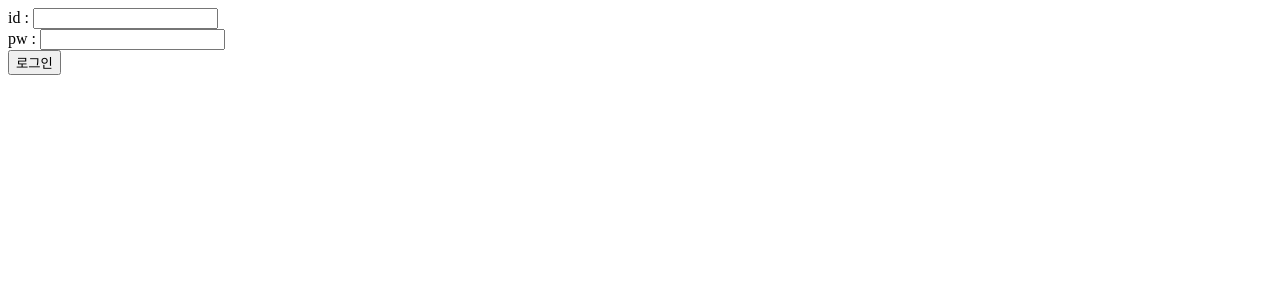
Repository: Kimsj112/servlet_study
Page: http://localhost/day03_mvc/app/member/login.jsp
An editor plug-in stored every save of this project. The page is shown before and after the next save, followed by the edit.
The browser window is 1280 px wide. The pictures show the whole page.
The page is served by Tomcat 9.

Above is the page before, as saved 2024-03-28 02:39:13.

After the next save:
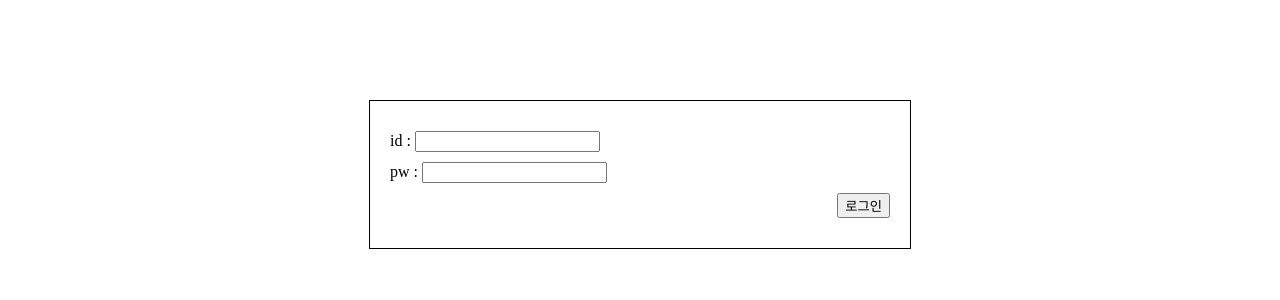
Saved 34 s later.
--- a/workspace/day03_mvc/src/main/webapp/app/member/login.jsp
+++ b/workspace/day03_mvc/src/main/webapp/app/member/login.jsp
@@ -5,6 +5,7 @@
 <head>
 <meta charset="UTF-8">
 <title>Insert title here</title>
+<link rel="stylesheet" href="${pageContext.request.contextPath}/assets/css/member/login.css">
 </head>
 <body>
 	   <main>
